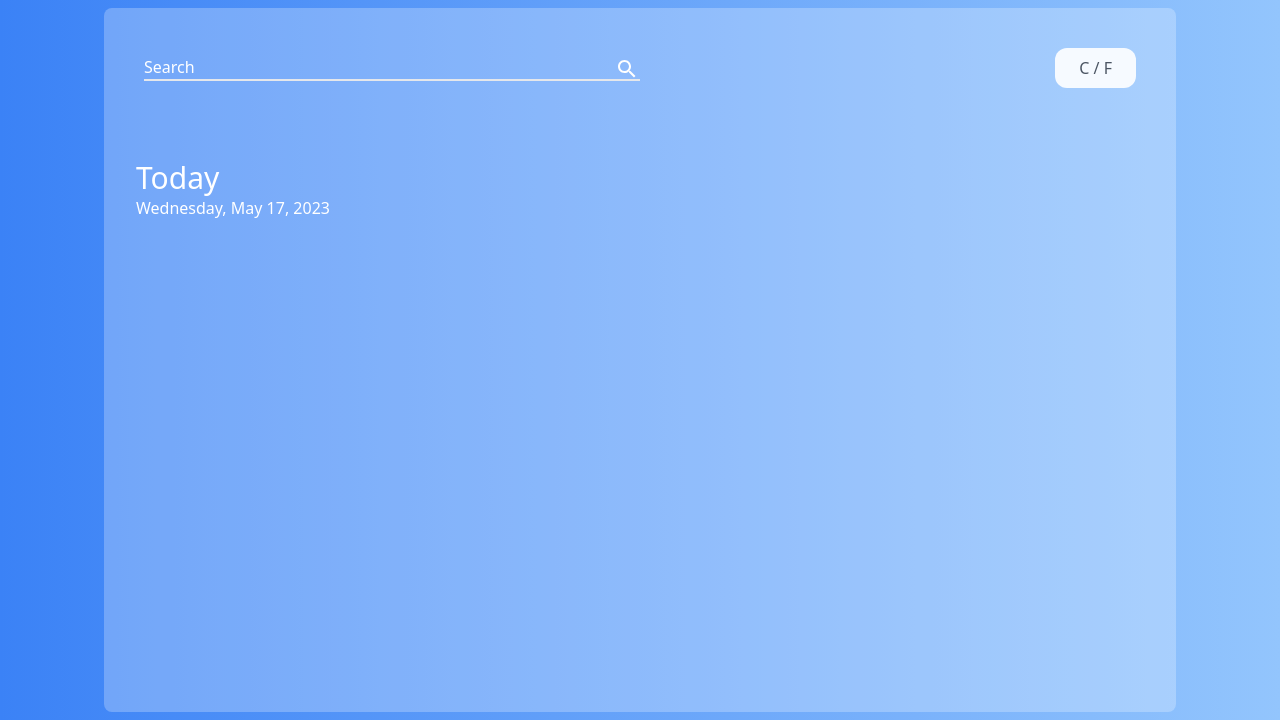
Repository: DevAntonioRogers/react-weatherapp-v2
Page: /
An editor plug-in stored every save of this project. The page is shown before and after the next save, followed by the edit.
The browser window is 1280 px wide. The pictures show the whole page.
The project was rebuilt for these pictures with package versions that can differ from the ones it lists, and the page was loaded fresh each time. The framework's server and built-in components were replaced by stand-ins that run in the browser. Also part of the build but not shown: next.config.js.

Above is the page before, as saved 2023-05-20 00:15:10.

### app/layout.tsx
import "./globals.css";
import { Inter } from "next/font/google";

export const metadata = {
  title: "Create Next App",
  description: "Generated by create next app",
};

export default function RootLayout({ children }: { children: React.ReactNode }) {
  return (
    <html lang="en">
      <body>{children}</body>
    </html>
  );
}

### app/page.tsx
"use client";

import Conversion from "./components/Conversion";
import Current from "./components/Current";
import Input from "./components/Input";

import { useState } from "react";
import WeekForecast from "./components/WeekForecast";

export default function Home() {
  const [data, setData] = useState({});
  const [location, setLocation] = useState("");
  const [error, setError] = useState("");

  const url = `http://api.weatherapi.com/v1/forecast.json?key=538023bd3c43455084733202231905&q=${location}&days=7&aqi=yes&alerts=yes
  `;

  const handleSearch = async (e) => {
    if (e.key === "Enter") {
      e.preventDefault();
      try {
        const response = await fetch(url);
        if (!response.ok) {
          throw new Error();
        }
        const data = await response.json();
        setData(data);
        setLocation("");
        setError("");
      } catch (error) {
        setError("City not found");
        setData({});
      }
    }
  };

  return (
    <div className="flex justify-center p-2 bg-cover h-screen bg-gradient-to-r from-blue-500 to-blue-300">
      <div className="bg-white/25 mx-24 w-full rounded-lg flex flex-col">
        {/* SEARCH AND DEGREE CONVERSION */}
        <div className="flex justify-between items-center p-10">
          <Input handleSearch={handleSearch} location={location} setLocation={setLocation} />
          <Conversion />
        </div>

        {/* CURRENT WEATHER SECTION */}
        <div className="flex p-8 items-center justify-between">
          <Current data={data} />
          <WeekForecast data={data} />
        </div>
      </div>
    </div>
  );
}

### app/components/Conversion.tsx
import React from "react";

const Conversion = () => {
  return (
    <div className="">
      <button className="rounded-xl bg-white/90 px-6 py-2 text-gray-600">C / F</button>
    </div>
  );
};

export default Conversion;

### app/components/Current.tsx
import { getCurrentDate } from "../utils/currentDate";
import LocationOnIcon from "@mui/icons-material/LocationOn";

const Current = ({ data }) => {
  const weatherIcon = data.current ? data.current.condition.icon : null;
  const currentDate = getCurrentDate();
  return (
    <div className="flex flex-col items-start gap-2 ">
      <div className="flex items-center">
        <div className="">
          <h1 className="text-3xl text-white">Today</h1>
          <p className="text-white">{currentDate}</p>
        </div>
        {weatherIcon && (
          <div>
            <img className="w-[50px] object-cover" src={weatherIcon} alt="Weather Icon" />
          </div>
        )}
      </div>
      <div>
        {data.current ? (
          <p className="text-5xl text-white">
            {data.current.temp_f.toFixed()}
            <span>°</span>
          </p>
        ) : null}
        {data.current ? <span className="text-white">{data.current.condition.text}</span> : null}
      </div>
      <div>
        {data.location ? (
          <div className="flex items-center text-black bg-white/90 px-2 py-2 rounded-xl">
            <LocationOnIcon />
            <span>
              {data.location.name}, {data.location.region}
            </span>
          </div>
        ) : null}
      </div>
    </div>
  );
};

export default Current;

### app/components/Input.tsx
"use client";

import SearchIcon from "@mui/icons-material/Search";

const Input = ({ handleSearch, setLocation, location }) => {
  return (
    <form className="flex items-center w-2/4">
      <input
        type="text"
        className="w-full bg-transparent border-b-2 placeholder-white outline-none text-white"
        placeholder="Search"
        onKeyDown={handleSearch}
        onChange={(e) => setLocation(e.target.value)}
      />
      <div className="ml-[-25px] text-white cursor-pointer">
        <SearchIcon />
      </div>
    </form>
  );
};

export default Input;

### app/components/WeekForecast.tsx
const WeekForecast = ({ data }) => {
  return (
    <div className="flex">
      {data.forecast
        ? data.forecast.forecastday.map((day, index) => (
            <div key={index} className="forecast-day">
              <p className="forecast-date">{new Date(day.date).toLocaleString("en-US", { weekday: "short" })}</p>
              <img className="forecast-icon" src={day.day.condition.icon} alt={day.day.condition.text} />
              <div className="forecast-temps">
                <p className="forecast-temp-high">H {day.day.maxtemp_f.toFixed()}°</p>
                <p className="forecast-temp-low">L {day.day.mintemp_f.toFixed()}°</p>
              </div>
            </div>
          ))
        : null}
    </div>
  );
};

export default WeekForecast;

### app/utils/currentDate.tsx
export const getCurrentDate = () => {
  const currentDate = new Date().toLocaleDateString("en-US", {
    weekday: "long",
    year: "numeric",
    month: "long",
    day: "numeric",
  });
  return currentDate;
};

Loaded but not shown: app/globals.css (common file); tailwind.config.js (common file)

After the next save:
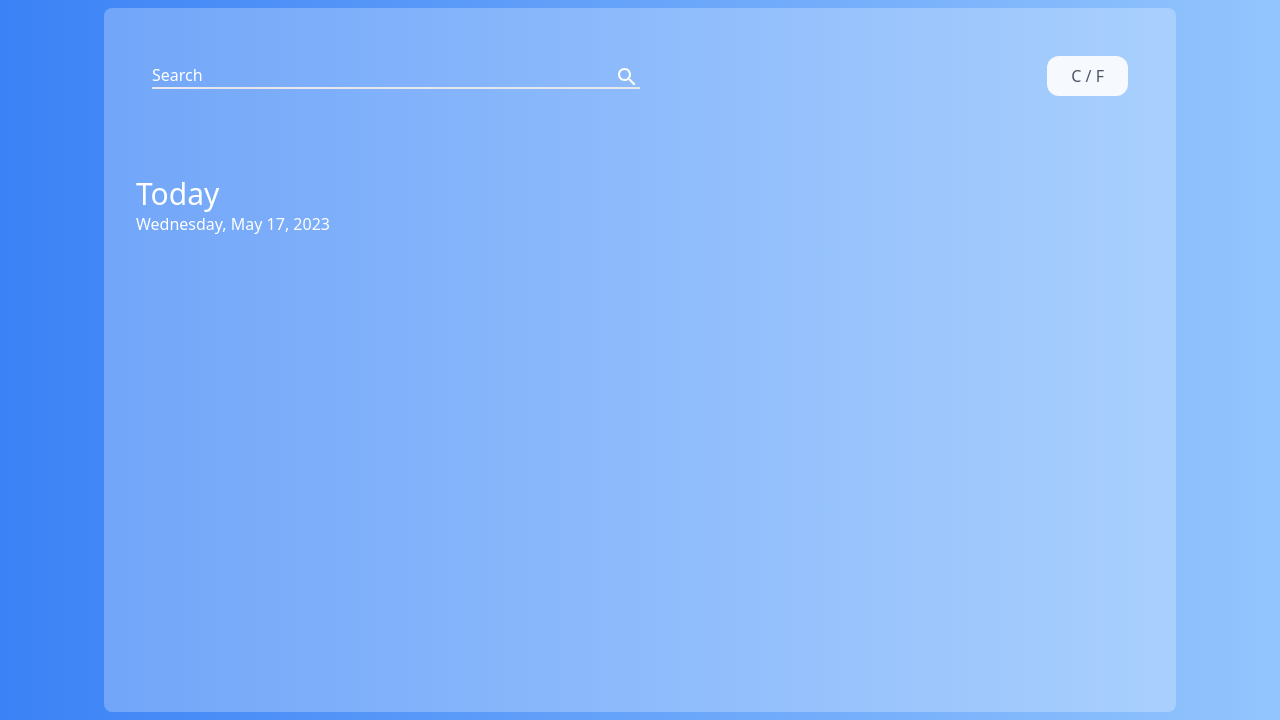
Saved 6 s later.
--- a/app/page.tsx
+++ b/app/page.tsx
@@ -38,7 +38,7 @@ export default function Home() {
     <div className="flex justify-center p-2 bg-cover h-screen bg-gradient-to-r from-blue-500 to-blue-300">
       <div className="bg-white/25 mx-24 w-full rounded-lg flex flex-col">
         {/* SEARCH AND DEGREE CONVERSION */}
-        <div className="flex justify-between items-center p-10">
+        <div className="flex justify-between items-center p-12">
           <Input handleSearch={handleSearch} location={location} setLocation={setLocation} />
           <Conversion />
         </div>
